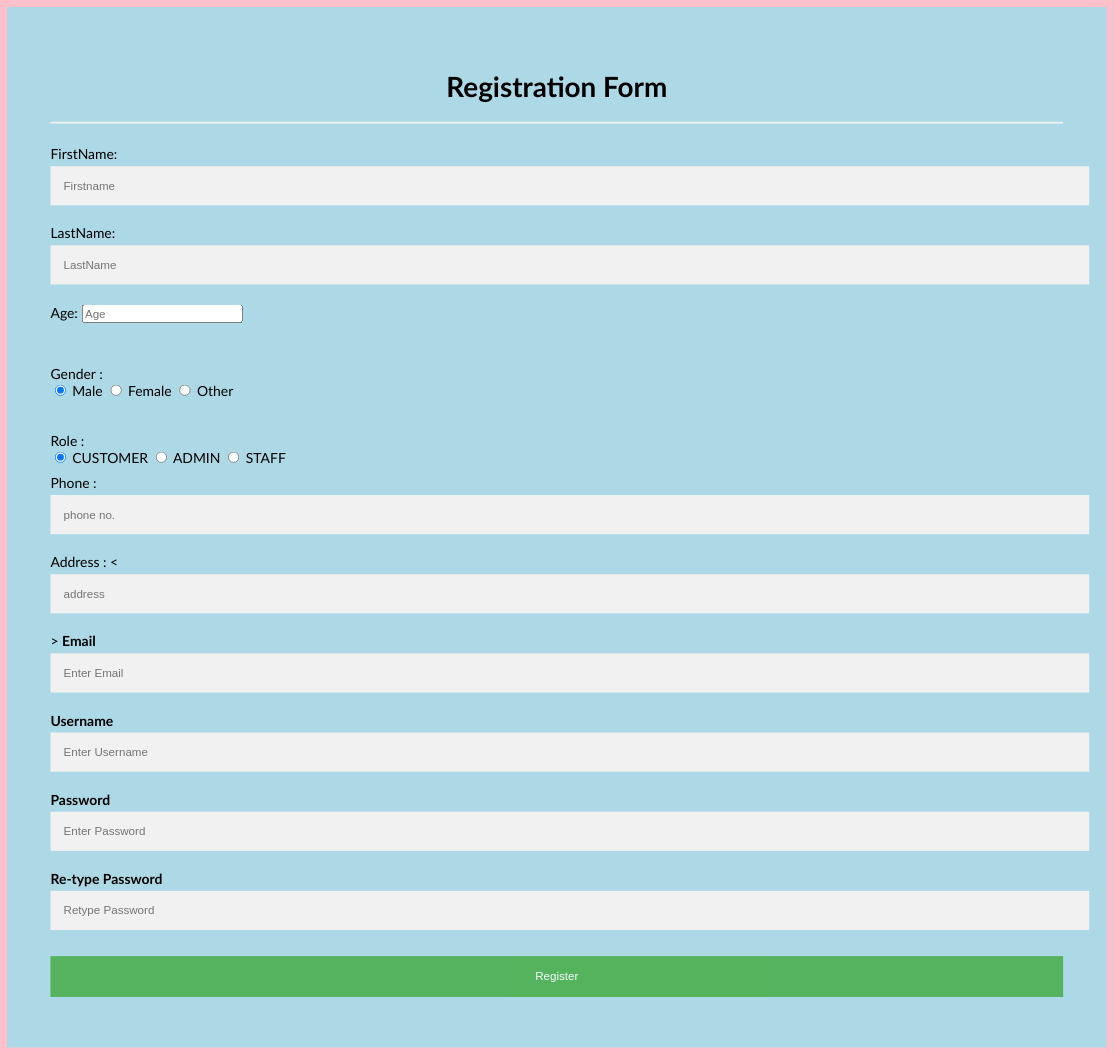
Repository: shivambhat45/Tour-Booking
Page: http://localhost/booking
These files come from the project's save history. The page is drawn as it stood at one moment and after the next save; the edit follows.
The browser window is 1280 px wide. The pictures show the whole page, at 87% of full size.
The page is this project's Thymeleaf template; nobody is signed in. The template is opened directly, without the code that normally fills it, so the values that code supplies are empty.

Above is the page before, as saved 2022-10-28 07:57:27.

After the next save:
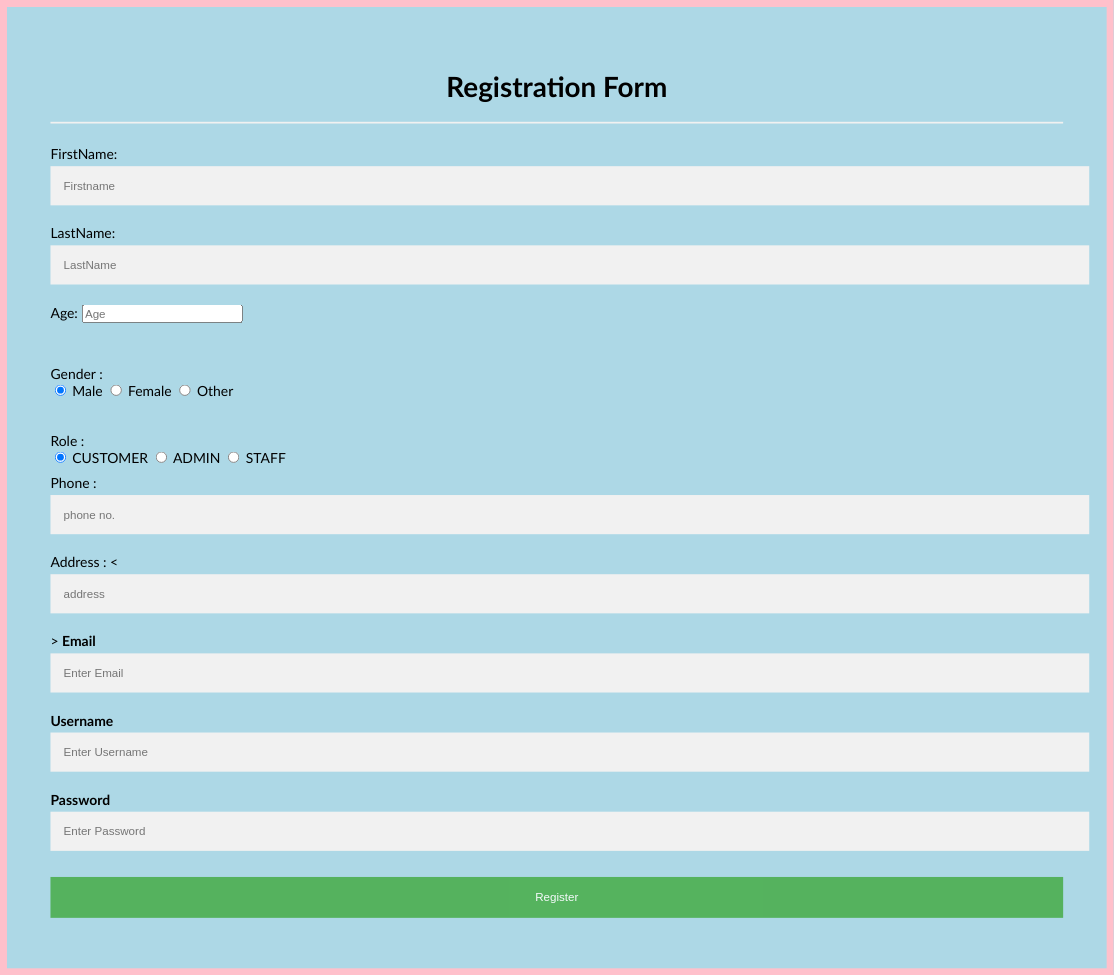
Saved 36 s later.
--- a/frontend-ui/src/main/resources/templates/booking.html
+++ b/frontend-ui/src/main/resources/templates/booking.html
@@ -104,10 +104,7 @@
 					<input type="text" placeholder="Enter Username" name="username" required>
 					<label for="psw"><b>Password</b></label>
 					<input type="password" placeholder="Enter Password" name="password" required>
-
-					<label for="psw-repeat"><b>Re-type Password</b></label>
-					<input type="password" placeholder="Retype Password" name="password-repeat" required>
-					<button type="submit" class="registerbtn">Register</button>
+			<button type="submit" class="registerbtn">Register</button>
 	</form>
 </body>
 
